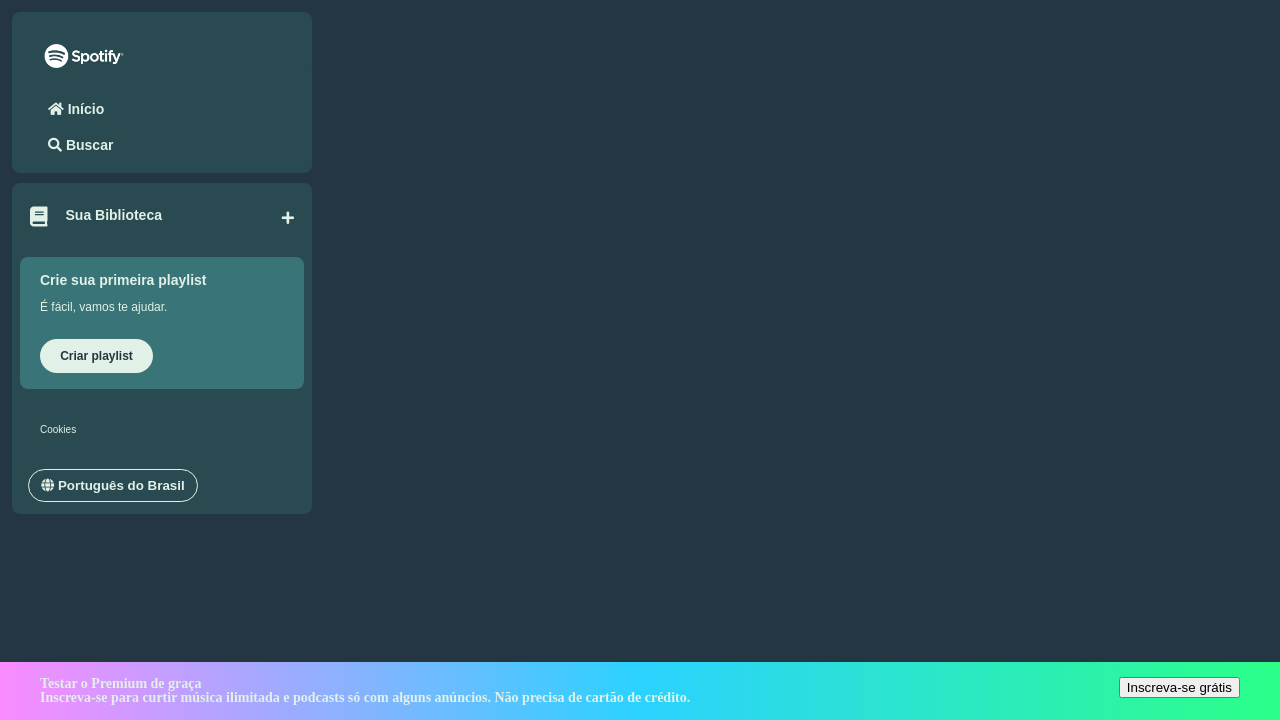
Repository: rafaazevedo-gs/Imers-o-Alura-Front-end
Page: index.html
An editor plug-in stored every save of this project. The page is shown before and after the next save, followed by the edit.
The browser window is 1280 px wide. The pictures show the whole page.

Above is the page before, as saved 2025-01-30 11:12:15.

### index.html
<!DOCTYPE html>
<html lang="pt-BR">
<head>
    <meta charset="UTF-8">
    <meta name="viewport" content="width=device-width, initial-scale=1.0">
    <title>Spotify</title>
    <link rel="stylesheet" href="reset.css">
    <link rel="shortcut icon" href="./icons/favicon.png" type="image/x-icon">
    <link rel="stylesheet" href="styles.css">
    <link rel="stylesheet" href="https://use.fontawesome.com/releases/v5.15.4/css/solid.css"/>
    <link rel="stylesheet" href="https://use.fontawesome.com/releases/v5.15.4/css/fontawesome.css"/>
</head>
<body>
    <div class="sidebar">
        <nav class="sidebar__navigation">
            <div class="logo">
                <a href="">
                    <img src="./icons/logo-spotify.png" alt="Spotify logo">
                </a>
                </div>
                    <ul>
                        <li>
                            <a href="">
                                <span class="fa fa-home"></span>
                                <span>Início</span>
                            </a>
                        </li>
                        <li>
                            <a href="">
                                <span class="fa fa-search"></span>
                                <span>Buscar</span>
                            </a>
                        </li>
                    </ul>
        </nav>
        <div class="library">
            <div class="library__content">
                <button class="library__button">
                    <span class="fa fas fa-book"></span>
                    <span>Sua Biblioteca</span>
                </button>
                <span class="fa fa-plus"></span>
        </div>

        <section class="section-playlist">
            <div class="section-playlist__content">
                <span class="text title">Crie sua primeira playlist</span>
                <span class="text subtitle">É fácil, vamos te ajudar.</span>
                <button class="section-playlist__button">
                    <span>Criar playlist</span>
                </button>
            </div>
        </section>
        <div class="cookies">
            <a href="">Cookies</a>
        </div>
        <div class="languages">
            <button class="languages__button">
                <span class="fa fa-globe"></span>
                <span>Português do Brasil</span>
            </button>
        </div>
        <footer class="disclaimer-premium">
            <div class="text">
                <p class="disclaimer-premium__title">Testar o Premium de graça</p>
                <p class="disclaimer-premium__subtitle">Inscreva-se para curtir música ilimitada e podcasts só com alguns anúncios. Não precisa de cartão de crédito.</p>
            </div>
            <div class="button">
                <button type="button">Inscreva-se grátis</button>
            </div>
        </footer>
    </div>
</body>
</html>

### styles.css
body {
    background-color: #243642;
}

.sidebar {
    position: fixed;
    top: 0;
    left: 0;
    bottom: 0;
    padding: 12px;
    width: 300px;
}

.sidebar__navigation {
    background-color: #2a4a51;
    border-radius: 8px;
    padding: 16px 0 0 16px;
}

.sidebar__navigation .logo {
    background: #2a4a51;
    display: flex;
    border-radius: 8px;
    padding: 16px 0 0 16px;
}

.sidebar__navigation .logo img {
    width: 80px;

}

.sidebar ul li {
    padding: 10px 0;
}

.sidebar nav ul {
    margin-top: 20px;
    padding: 0 20px 10px 20px;
}

.sidebar nav ul li a {
    color: #E2F1E7;
    text-decoration: none;
    font-weight: 600;
    font-size: 14px;
    font-family: "DM Sans", sans-serif;
}

.library {
    background-color: #2a4a51;
    border-radius: 8px;
    display: flex;
    justify-content: space-between;
    flex-direction: column;
    padding: 4px 8px;
    color: #E2F1E7;
    font-weight: 600;
    font-size: 14px;
    margin-top: 10px;
}

.library .library__content {
    display: flex;
    justify-content: space-between;
}

.library .library__button {
    display: flex;
    margin-right: 10px;
    color: #E2F1E7;
    background-color: transparent;
    border: 0px;
    font-size: 14px;
    font-weight: 700;
    font-family: "DM Sans", sans-serif;
    text-align: center;
    text-decoration: none;
    text-transform: none;
    padding: 20px 10px;
}

.library .library__button .fa{
    font-size: 20px;
    font-weight: 300;
    color: #E2F1E7;
    margin-right: 10px;
    padding-right: 8px;
}

.library .library__content .fa-plus {
    margin: 24px 10px;
}

.section-playlist {
    display: flex;
    align-items: flex-start;
    justify-content: space-between;
    gap: 20px;
    background-color: #387478;
    border-radius: 8px;
    color: #E2F1E7;
    font-weight: 600;
    font-size: 14px;
    margin: 8px 0px;
    padding: 16px 20px;
}

.section-playlist .section-playlist__content {
    display: flex;
    flex-direction: column;
}

.section-playlist__content .text {
    padding-bottom: 14px;
    color: #E2F1E7;
    font-family: "DM Sans", sans-serif;
}

.section-playlist__content .title {
    font-weight: 700;
}

.section-playlist__content .subtitle {
    font-weight: 500;
    font-size: 12px;
}

.section-playlist__content .section-playlist__button {
    display: flex;
    justify-content: center;
    background-color:#E2F1E7;
    color:#243642;
    border-radius: 20px;
    font-size: 12px;
    font-weight: 700;
    font-family: "DM Sans", sans-serif;
    text-decoration: none;
    text-transform: none;
    padding: 10px;
    border: 0px;
    width: 113px;
    margin-top: 12px;
}

.sidebar .cookies {
    margin: 25px 20px;

}

.sidebar .cookies a {
    color: #E2F1E7;
    font-weight: 500;
    font-size: 10px;
    font-family: "DM Sans", sans-serif;
    text-decoration: none;
}

.sidebar .cookies a:hover {
    text-decoration: underline;
}

.languages .languages__button {
    background-color:transparent;
    border: 1px solid #E2F1E7;
    border-radius: 20px;
    color: #E2F1E7;
    cursor: pointer;
    align-items: center;
    font-weight: bold;
    width: 170px;
    margin: 8px;
    padding: 8px;
}

.disclaimer-premium {
    position: fixed;
    bottom: 0;
    left: 0;
    right: 0;
    background:linear-gradient(to right, #fa8bff, #2bd2ff, #2bff88);
    padding: 15px 40px;
    display: flex;
    justify-content: space-between;
}

Loaded but not shown: reset.css (common file)

After the next save:
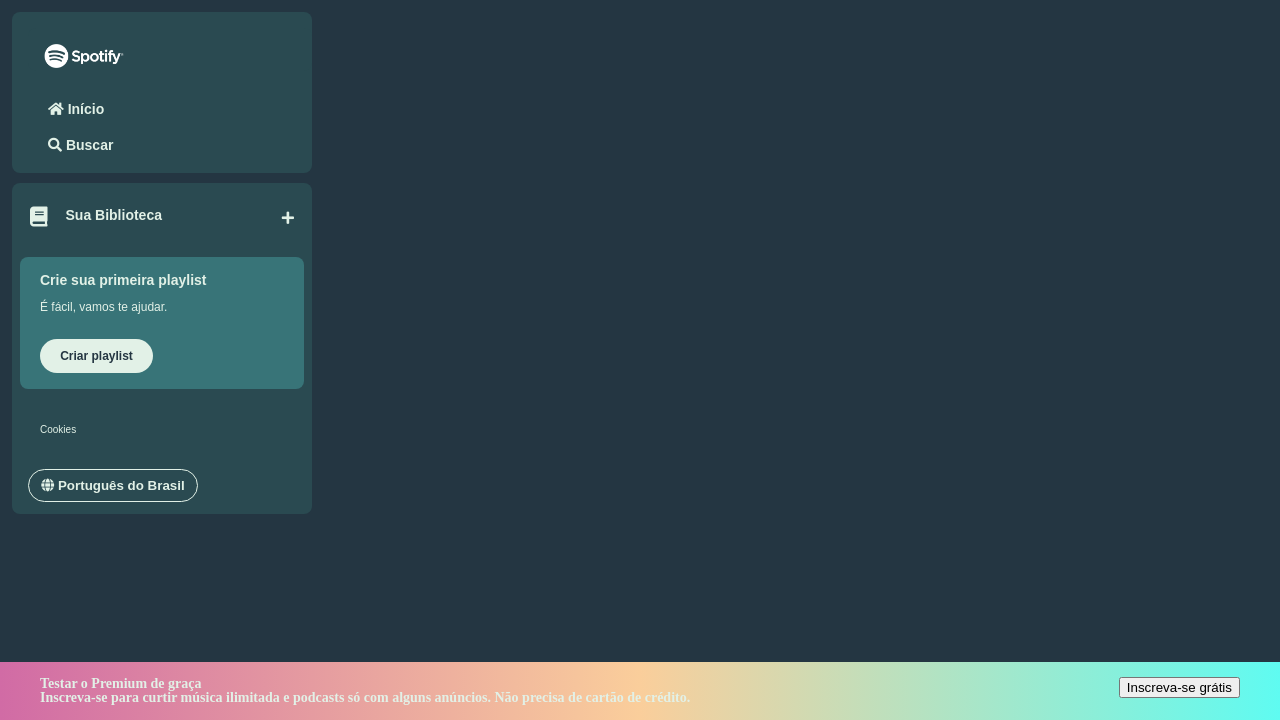
Saved 2 min 50 s later.
--- a/styles.css
+++ b/styles.css
@@ -177,7 +177,7 @@
     bottom: 0;
     left: 0;
     right: 0;
-    background:linear-gradient(to right, #fa8bff, #2bd2ff, #2bff88);
+    background:linear-gradient(to right, #d16ba5, #face9b, #5ffbf1);
     padding: 15px 40px;
     display: flex;
     justify-content: space-between;
